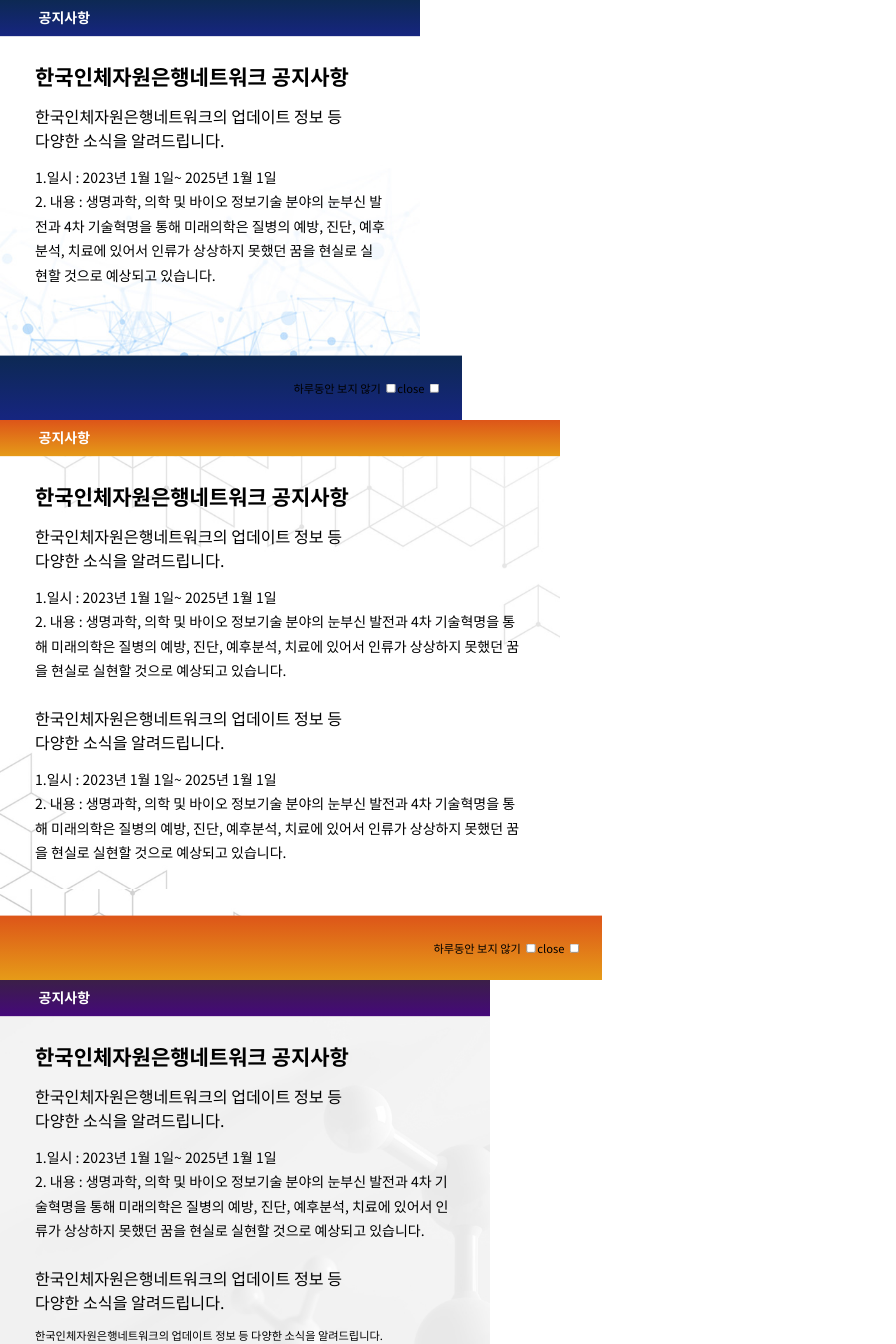
Repository: dlgywls1130/common_popup
Page: index.html
An editor plug-in stored every save of this project. The page is shown before and after the next save, followed by the edit.
The browser window is 1280 px wide. The pictures show the part of the page from y = 0 to 1920 px (the page is 2600 px tall), at 70% of full size.

Above is the page before, as saved 2023-10-26 00:03:29.

After the next save:
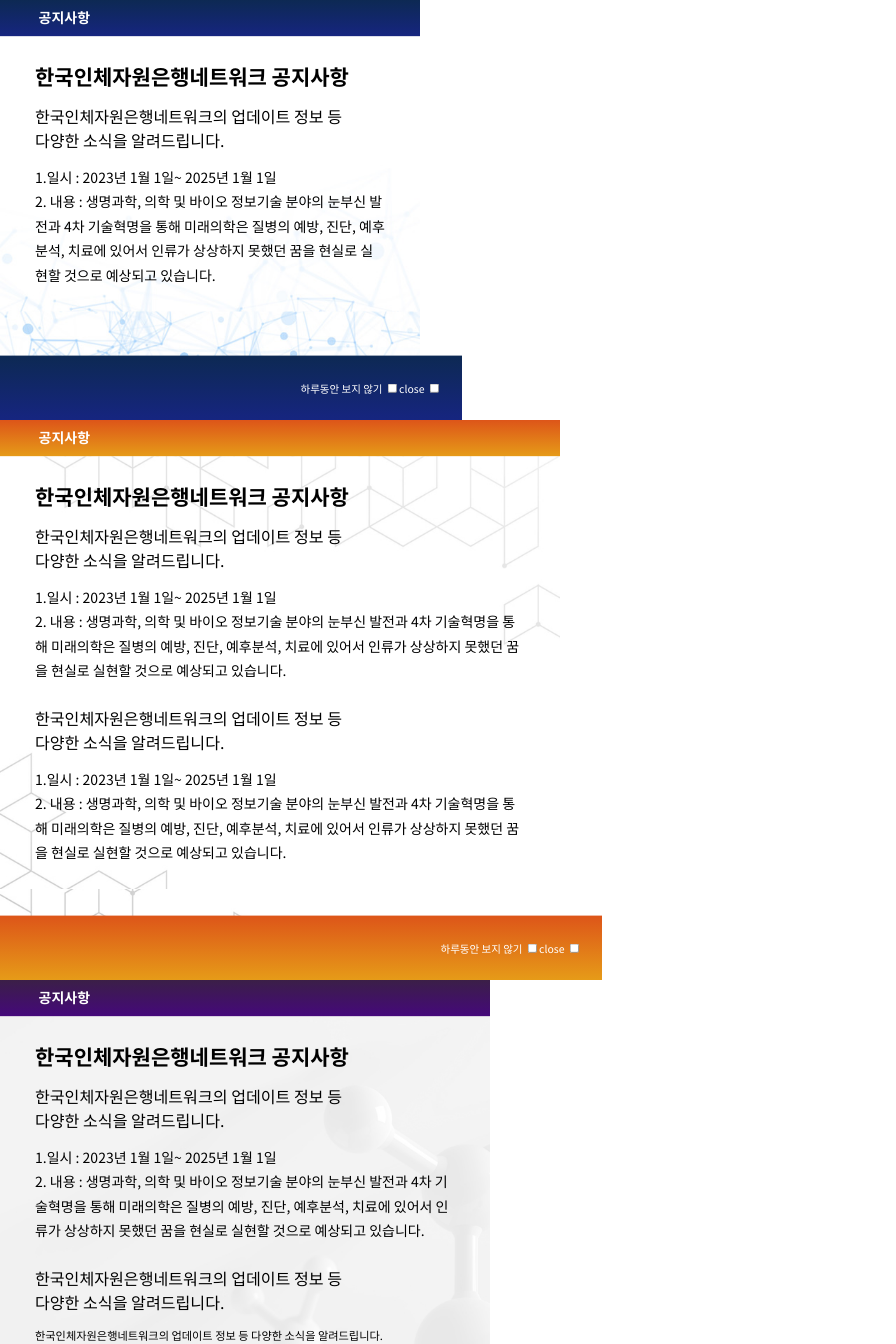
Saved 45 s later.
--- a/style.css
+++ b/style.css
@@ -116,6 +116,13 @@ time, mark, audio, video {
     padding: 20px 30px;
 }
 
+.common_footer .day_off label,
+.common_footer .day_close label{
+    color: #fff;
+    font-size: 15px;
+    font-weight: 300;
+}
+
 .common_modal.blue .common_head,
 .common_modal.blue .common_footer
 {
